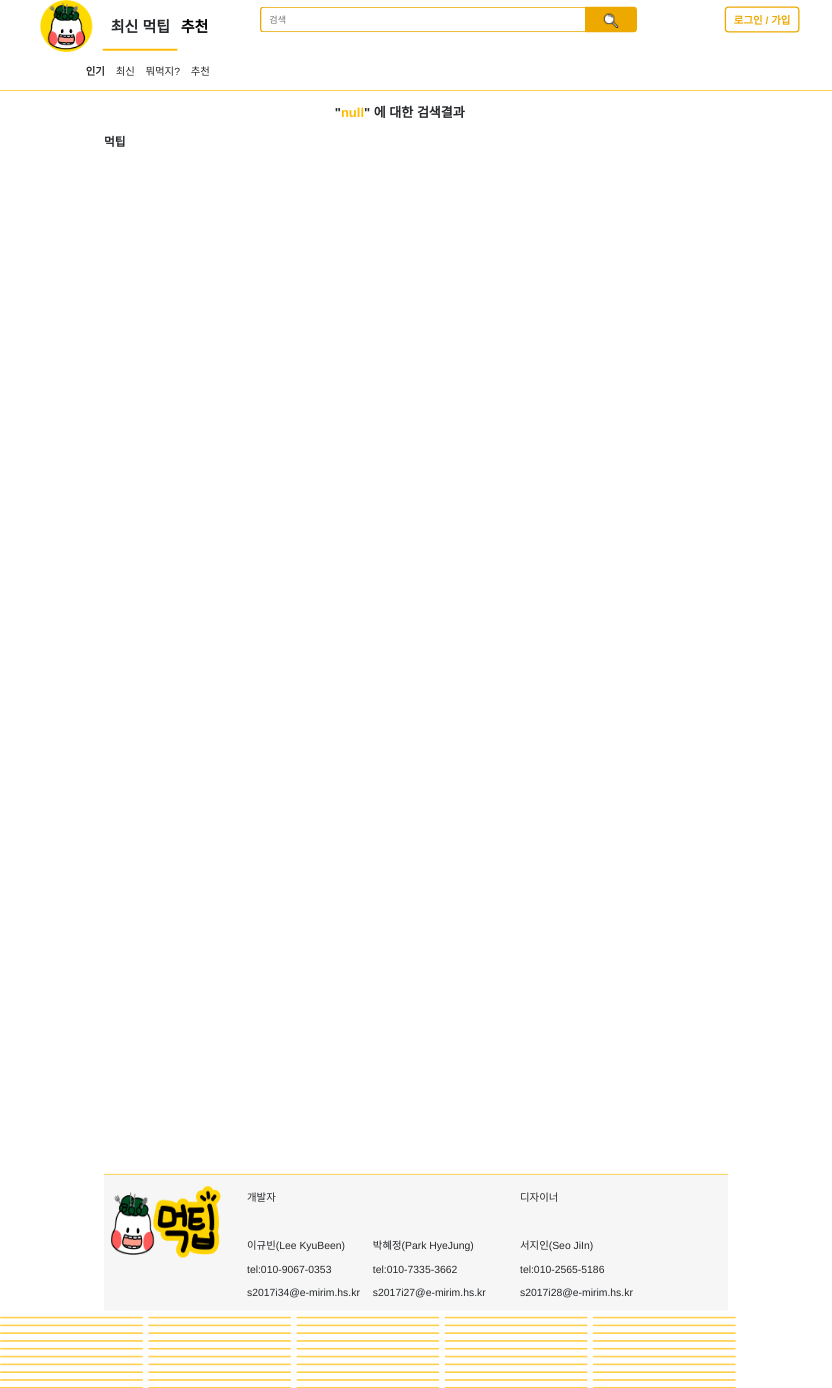
Repository: binkalos/JSP-STUDY
Page: http://localhost/IT-show/search.jsp
The author's editor kept a copy of each file at every save. The page is drawn from the files as they stood at one save, then again after the next save.
The browser window is 1280 px wide. The pictures show the whole page, at 65% of full size.
Some web fonts or font styles are not loaded; a fallback is used. Some web libraries are served in a nearby version. The page is served by Tomcat 9. Other server files are loaded and not shown. Queries for data that is not in the repository find no rows.

Above is the page before, as saved 2019-06-19 09:39:40.

### IT-show/WebContent/search.jsp
<%@page import="java.sql.SQLException"%>
<%@page import="java.sql.DriverManager"%>
<%@page import="java.sql.ResultSet"%>
<%@page import="java.sql.PreparedStatement"%>
<%@page import="java.sql.Connection"%>
<%@ page language="java" contentType="text/html; charset=UTF-8"
    pageEncoding="UTF-8"%>
<!DOCTYPE html>
<html>
<head>
<meta charset="UTF-8">
<title>search</title><link rel="stylesheet" href="firstPageStyle.css" >
<script src="js/jquery-3.3.1.min.js"></script>
<script src="http://ajax.googleapis.com/ajax/libs/jquery/1/jquery.min.js"></script>
<script src="js/jquery.fittext.js"></script>
<script src="http://code.jquery.com/jquery-1.7.js"></script>
<script>
	$(document).ready(function(){
		//$(".content" ).fitText(1.2);
		$(".open-fullview").click(function() {
			var foodsrc = $(this).find('.showimg').attr('src');
			$("#dim-layer").find('.content').attr('src', foodsrc);
			$("#dim-layer").css("display", "block");
		});

		$(".close-fullview").click(function() {
			$("#dim-layer").css("display", "none");
		});
	});

	function show_fullview(post_id) {
		location.href = "readpost.jsp?postid="+post_id;
	}
//무한 스크롤
function getItem(){
	 for(var i=0;i<10;i++){
	  $('body').append('<div class="mucktip-card">');
	}
};
	$(document).ready(function(){
	  getItem();
	$(window).scroll(function(){
	  var docH = $(document).height(); //document의 높이
	  var scrollH = $(window).height()+$(window).scrollTop();

	  if(scrollH + 50 >= docH){         //(문서의 높이 - 50)에서 실행됨
	   getItem();
	  }
	 });
});
</script>
</head>
<body>
	<%@ include file="TopWrapper.jsp"%>

	<div class="main-search-page">

	<div class="muktip-feed">
<%
		request.setCharacterEncoding("utf-8");

		String keyword = request.getParameter("keyword");

		String imgPath = null;
		try {
			Class.forName(driver);
			con = DriverManager.getConnection(url, id, pw);

%>

		<div class="top-bar-search">
			<p class="search-result">"<span style="color:#FFBB00;"><%=keyword%></span>" 에 대한 검색결과 </p>
			<p class="top-label">먹팁</p>
		</div>

		<div class="muktip-contents" style="height: 1550px;">
			<div class="line-space">
<%
			pstmt = con.prepareStatement("select distinct postid, postimgid, title, content, writer, date, imgname, id, profile from post join img on postid = postimgid join user on writer = id where title like ? and content like ? group by postid");
			pstmt.setString(1, "%"+keyword+"%");
			pstmt.setString(2, "%"+keyword+"%");
			rs = pstmt.executeQuery();

			int count=0;
			while(rs.next()) {
				imgPath =request.getContextPath() + "/post/" + rs.getString("imgname");
				count++;
%>
			<div class="mucktip-card"> <!-- 각 게시글 박스 -->
				<button class="open-fullview">
					<a href="fullView.jsp?postid=<%=rs.getString("postid")%>">
						<img class="showimg" src="<%=imgPath%>">
					</a>
				</button>
				<div class="mucktip-information">
					<a class="writer-profile-link" href="Mypage.jsp?id=<%= rs.getString("id") %>"> <!-- 마이페이지 이동 -->
						<img class="writer-profile" src="img/<%=rs.getString("profile") %>" width="30px" height="30px">
					</a>
					<div class="user-information-card">
						<div class="top-information">
							<p class="writer"><%= rs.getString("writer") %></p>
							<p class="write-date"><%= rs.getString("date") %></p>
						</div>
						<div class="bottom-card">
							<p class="title"><%= rs.getString("title") %></p>
							<p class="content"><%= rs.getString("content") %></p>
						</div>
					</div>
				</div> <!-- mucktip-information -->
			</div>

<%
			if(count%4==0) {
%>
				<div class="line-space">
<%			}
		}

	} catch (Exception e) {
		e.printStackTrace();
	} finally {
		try {
			if (rs != null) rs.close();
			if (pstmt != null) pstmt.close();
			if (con != null) con.close();
		} catch (SQLException e) {
			e.printStackTrace();
		}
	}
%>
		</div> <!-- muktip-contents -->
		</div><!-- muktip-feed -->
	</div>


<%@ include file="footer.jsp" %>
</body>
</html>

### IT-show/WebContent/TopWrapper.jsp
<%@page import="java.sql.SQLException"%>
<%@page import="java.sql.DriverManager"%>
<%@page import="java.sql.ResultSet"%>
<%@page import="java.sql.PreparedStatement"%>
<%@page import="java.sql.Connection"%>
<%@ page language="java" contentType="text/html; charset=UTF-8"
    pageEncoding="UTF-8"%>
<link rel="stylesheet" href="TopWrapperStyle.css" >
<%
	//로그인 한 사람이라면 userID라는 변수에 해당 아이디가 담기고 그렇지 않으면 null값
	String userid = null;
	if (session.getAttribute("username") != null) {
		userid = (String) session.getAttribute("username");
	}

	Connection con = null;
	PreparedStatement pstmt = null;
	ResultSet rs = null;

	String driver = "com.mysql.jdbc.Driver";
	String url = "jdbc:mysql://localhost:3306/mucktip?serverTimezone=UTC&useSSL=false";
	String id = "root";
	String pw = "alflarhkgkrrh1!";
%>
<!-- 맨위에 top메뉴 공간 개발 나중에 따로 빼놓을 부분-->
		<nav id="top-menu-all">
		<div id="main-menu">
			<div class="contents-wrapper">
				<div class="left-contents-wrapper">
					<div class="muktip-logo"></div>
					<a href="firstPage.jsp" class="new-tip">최신 먹팁</a>
					<a href="recommendTip.jsp" class="good">추천</a>
				</div><!-- left-contents-wrapper -->

				<div class="right-contents-wrapper">
					<%
						//로그인이 안된 경우
						if (userid == null) {
					%>
					<div class="login-join"> <!-- 로그인 / 가입 -->
						<a href="login.jsp">로그인</a> /
						<a href="join.jsp">가입</a> <!-- 가입 페이지 미구현 -->
					</div> <!-- login-join -->
					<%
						} else { //로그인이 된 경우

							try {
								Class.forName(driver);
								con = DriverManager.getConnection(url, id, pw);

								pstmt = con.prepareStatement("select * from user where id =?");
								pstmt.setString(1, userid);
								rs = pstmt.executeQuery();

								if(rs.next()) {
					%>
					<div class="user-menu" id="user-menu">
						<div class="dropdown">
						<button class="profile-img-btn"> <!-- 이미지 버튼(회원 이미지) -->
							<img class="profile-image" src="img/<%=rs.getString("profile")%>">
						</button>
						<ul class="user-menu-list"> <!-- 메뉴리스트 -->
							<li class="menu-item">
								<a class="menu-link" href="Mypage.jsp?id=<%=rs.getString("id")%>"> <!-- /유저 이름으로 -->
									<img class="menu-icon-mini" src="img/<%=rs.getString("profile")%>">
									<span class="menu-user-name"><%=userid %></span>
								</a>
							</li>

							<li class="menu-item">
								<a class="menu-link" href="음식바구니.jsp" rel="nofollow">
								<img class="menu-icon-myfood" src="img/foodbox.png">
								<span class="menu-text-mtfood">내 음식바구니</span>
								</a>
							</li>

							<li class="menu-item">
								<a class="menu-link"  href="logoutProc.jsp" rel="nofollow">
								<img class="menu-icon-logout" src="img/logout.png">
								<span class="menu-text-logout">로그아웃</span>
								</a>
							</li>
						</ul> <!-- user-menu-list -->
						</div><!-- dropdown -->
					</div><!-- user-menu -->
					<%
								} //if
							} catch (Exception e) {
								e.printStackTrace();
							}
						} //else
					%>
				</div><!-- right-contents-wrapper -->


				<div class="search-wrapper">
					<form class="search-form" action="search.jsp" method="get">
						<table cellpadding=0 cellspacing=0>
						<tr>
						<td>
						<label class="input-wrapper">
							<input class="search-keyword" type="text" name="keyword" placeholder="검색" required>
						</label>
						</td>
						<td>
						<button class="search-button" type="submit">
							<a href="search.jsp"><span class="ic_search"></span></a>
						</button>
						</td>
						</tr>
						</table>
					</form>
				</div><!-- search-wrapper -->
		</div><!-- contents-wrapper -->
		</div><!-- main-menu -->

		<!-- 서브메뉴 -->
		<div id="sub-menu-wrapper" class="show">
			<ul class="sub-contents-wrapper">
				<li class="sub-menu selected" data-text="인기">
					<a href="firstPage.jsp">인기</a>
				</li>
				<li class="sub-menu" data-text="최신">
					<a href="newPost.jsp">최신</a>
				</li>
				<li class="sub-menu" data-text="TV">
					<a href="whatToEat.jsp">뭐먹지?</a>
				</li>
				<li class="sub-menu" data-text="추천">
					<a href="recommendTip.jsp">추천</a>
				</li>
			</ul><!-- sub-contents-wrapper -->
		</div><!-- sub-menu-wrapper -->

</nav><!-- top-menu-all -->

### IT-show/WebContent/footer.jsp
<%@ page language="java" contentType="text/html; charset=UTF-8"
    pageEncoding="UTF-8"%>
<link rel="stylesheet" href="footerStyle.css" >
<div class="footer">
	<div class="footer-wrqpper">

		<div class="first-wrapper">
			<img src="img/title.png" width="200" height="130">
		</div>
		<!-- first-wrapper -->

		<div class="second-wrapper">
			<div class="developer-information-wrapper">
				<p class="developer">개발자</p>
				<!-- 이 글자가 우리 둘 정보의 위의 가운데에 배치 -->
				<div class="left-developer">
					<ul>
						<li>
							<p class="developer-name">이규빈(Lee KyuBeen)</p>
							<p class="developer-tel">tel:010-9067-0353</p>
							<p class="developer-email">s2017i34@e-mirim.hs.kr</p>
						</li>

					</ul>
				</div>
				<!-- left-developer -->
				<div class="right-developer">
					<ul>
						<li>
							<p class="developer-name">박혜정(Park HyeJung)</p>
							<p class="developer-tel">tel:010-7335-3662</p>
							<p class="developer-email">s2017i27@e-mirim.hs.kr</p>
						</li>
					</ul>
				</div>
				<!-- right-developer -->
			</div>
			<!-- developer-information-wrapper -->
		</div>
		<!-- second-wrapper -->

		<div class="third-wrapper">
			<div class="designer-information-wrapper">
				<p class="designer">디자이너</p>
				<div class="first-designer">
					<ul>
						<li>
							<p class="developer-name">서지인(Seo JiIn)</p>
							<p class="developer-tel">tel:010-2565-5186</p>
							<p class="developer-email">s2017i28@e-mirim.hs.kr</p>
						</li>
					</ul>
				</div> <!-- first-designer -->
			</div> <!-- designer-information-wrapper  -->
		</div><!-- third-wrapper -->

	</div><!-- footer-wrapper -->

</div> <!-- footer -->

### IT-show/WebContent/TopWrapperStyle.css
li {
	list-style: none;
}

/*nav영역*/
#top-menu-all {
	top:0;
	left: 0;
	right: 0;
	background-color: white;
}
#top-menu-all * {
	box-sizing: border-box;
}
#main-menu {
	height: 90px;
}

/*top영역*/
.contents-wrapper {
	margin-left: auto;
	margin-right: auto;
	max-width: 1180px;
	width: 100%;
	height: 100%;
}

/*top-left 영역*/
.left-contents-wrapper {
	display: inline-block;
	float: left;
}
/*로고*/
.muktip-logo {
	display: inline-block;
	vertical-align: middle;
	margin-left: 12px;
	margin-right: 12px;
	margin-bottom: 10px;
	width: 80px;
	height: 80px;
	background-repeat: no-reapeat;
	background-size: cover;
	background-position: 50%;
	background-image: url(img/imoticon.png);
}
/*최신 먹팁*/
.new-tip {
	display: inline-block;
	margin-bottom: -1px;
	padding-left: 12px;
	padding-right: 12px;
	border-bottom: solid 3px #FFBB00;
	color: #26282B;
	font-size: 23px;
	font-weight: bold;
	line-height: 67px;
	text-decoration: none;
}
/*추천*/
.good {
	display: inline-block;
	margin-bottom: -1px;
	padidng-left: 12px;
	color: #000000;
	font-size: 23px;
	font-weight: bold;
	line-height: 67px;
	text-decoration: none;
}
.new-tip:hover {
	color: #FFBB00;
}
.good:hover {
	color: #FFBB00;
}

/*top-right 영역*/
.right-contents-wrapper {
	float: right;
	display: inline-block;
	vertical-align: middle;
	padding-top: 10px;
}
/*[로그인/가입]*/
.login-join {
	display: block;
	color: #EDA900;
	padding-left: 12px;
	padding-right: 12px;
	height: 40px;
	border: 2px solid #EDA900;
	border-radius: 6px;
	text-align: center;
	line-height: 40px;
	font-weight: bold;
}
.login-join a {
	text-decoration: none;
	color: #EDA900;
}
/*유저메뉴 영역*/
.user-menu {
	margin-left: 14px;
	margin-right: 10px;
	margin-top: 5px;
	width: 100%;
	height: 100%;
}
/*드롭다운 메뉴*/
.dropdown {
	position: relative;
}
.dropdown ul {
	display: none; /*평상시에는 드롭다운 메뉴가 안보이게 하기*/
}
.dropdown:hover ul { /*아이콘에 hover할 시 드롭다운 메뉴의 스타일*/
	display: block;
}
.dropdown ul li a:link {
	color: black;
	text-decoration: none;
	font-size: 15px;
}
.dropdown .menu-link {
	display: block;
	padding-left: 22px;
	padding-right: 16px;
	font-size: 0;
}
/*프로필*/
.profile-img-btn {
	position: relative;
	display: block;
	width: 60px;
	height: 65px;
	background-color: transparent;
	border: 0;
	border-radius: 50%;
	cursor: pointer;
	outline: none;
	overflow: hidden;
}
.profile-img-btn:hover li {
	display: block;
	background-color: red;
}
.profile-image {
	width: 100%;
	height: 100%;
}
/*메뉴 리스트*/
.user-menu-list {
	position: absolute;
	top: 100%;
	left: -100%;
	text-align: left;
	margin-top: 2px;
	padding-top: 5px;
	padding-bottom: 5px;
	padding-left: 0px;
	width: 220px;
	background-color: white;
	border-color: #E8EBED;
	border-radius: 6px;
	border-style: solid;
	border-width: 1px;
	box-shadow: 0 2px 2px 0 rgba(0, 0, 0, 0.1);
	z-index: 999;
}
/*메뉴 링크*/
.menu-link {
	display: block;
	padding-left: 30px;
	padding-right: 22px;
}
/*닉네임*/
.menu-user-name {
	font-weight: bold;
}
/*아이콘*/
.menu-link img {
	width: 40px;
	height: 40px;
	border-radius: 50%;
	display: inline-block;
	vertical-align: middle;
}

/*검색 영역*/
.search-wrapper {
	display: block;
	overflow: hidden;
}
.search-form {
	display: block;
	margin-top: 10px;
	margin-left: 80px;
	margin-right: 80px;
	font-size: 0;
	outline: none;
	transform: translateZ(0);
}
.input-wrapper {
	overflow: hidden;
	display: block;
	width: 500px;
	height: 40px;
}
.search-keyword {
	display: block;
	padding-left: 12px;
	padding-right: 12px;
	width: 100%;
	height: 100%;
	border-color: #EDA900;
	border-style: solid;
	border-radius: 6px 0 0 6px;
	border-width: 2px 0 2px 2px;
	font-size: 14px;
	outline: none;
}
.search-button {
	display: block;
	width: 80px;
	height: 40px;
	background-color: #EDA900;
	border: 0;
	border-radius: 0 6px 6px 0;
	outline: none;
	transition: background-color .3s ease;
	float: right;
	padding-top: 3px;
}

.ic_search{
	display: inline-block;
	background-image: url(img/imgsearchIcon.png);
	background-repeat: no-repeat;
	vertical-align: middle;
	zoom:1; width: 22px; height: 22px;
	z-index: 999;
}

/*sub-menu 영역*/
.show {
	padding: 10px;
	width: 100%;
	display: block;
	height: 50px;
	border-bottom: solid 1px #FFBB00;
}

#sub-menu.selected {
	position: absolute;
	top: 0;
	left: 12px;
	width: 100%;
	line-height: 49px;
	content: attr(data-text);
	color: #26282B;
	cursor: pointer;
	font-size: 14px;
	font-weight: bold;
}

.sub-contents-wrapper {
	margin-left: auto;
	margin-right: auto;
	max-width: 1040px;
	list-style: none;
}

.sub-menu {
	display: inline-block;
	margin-left: 12px;
}

/*목록 스타일*/
.sub-contents-wrapper a {
	text-decoration: none;
	color: #26282B;
}

.selected {
	font-weight: bold;
}

.sub-menu:hover {
	font-weight: bold;
}

### IT-show/WebContent/footerStyle.css
.footer {
	margin-top: 20px;
	height: 100%;
	border-top: 1px solid #FFBB00;
	background-color: #F6F6F6;
}
.footer-wrqpper {
	max-width: 1180px;
	margin-top: 10px;
	margin-left: auto;
	margin-right: auto;
	margin-bottom: 10px;
	width: 100%;
	display: table;
}
.first-wrapper, .second-wrapper, .third-wrapper {
	float: left;
	margin-right: 20px;
}
.second-wrapper {
	width: 400px;
}
.left-developer, .right-developer, .first-designer {
	margin-top: 20px;
	float: left;
	margin-right: 20px;
}

Loaded but not shown: IT-show/WebContent/js/jquery-3.3.1.min.js (library); IT-show/WebContent/js/jquery.fittext.js (common file); IT-show/WebContent/firstPageStyle.css (294 lines, source omitted)

After the next save:
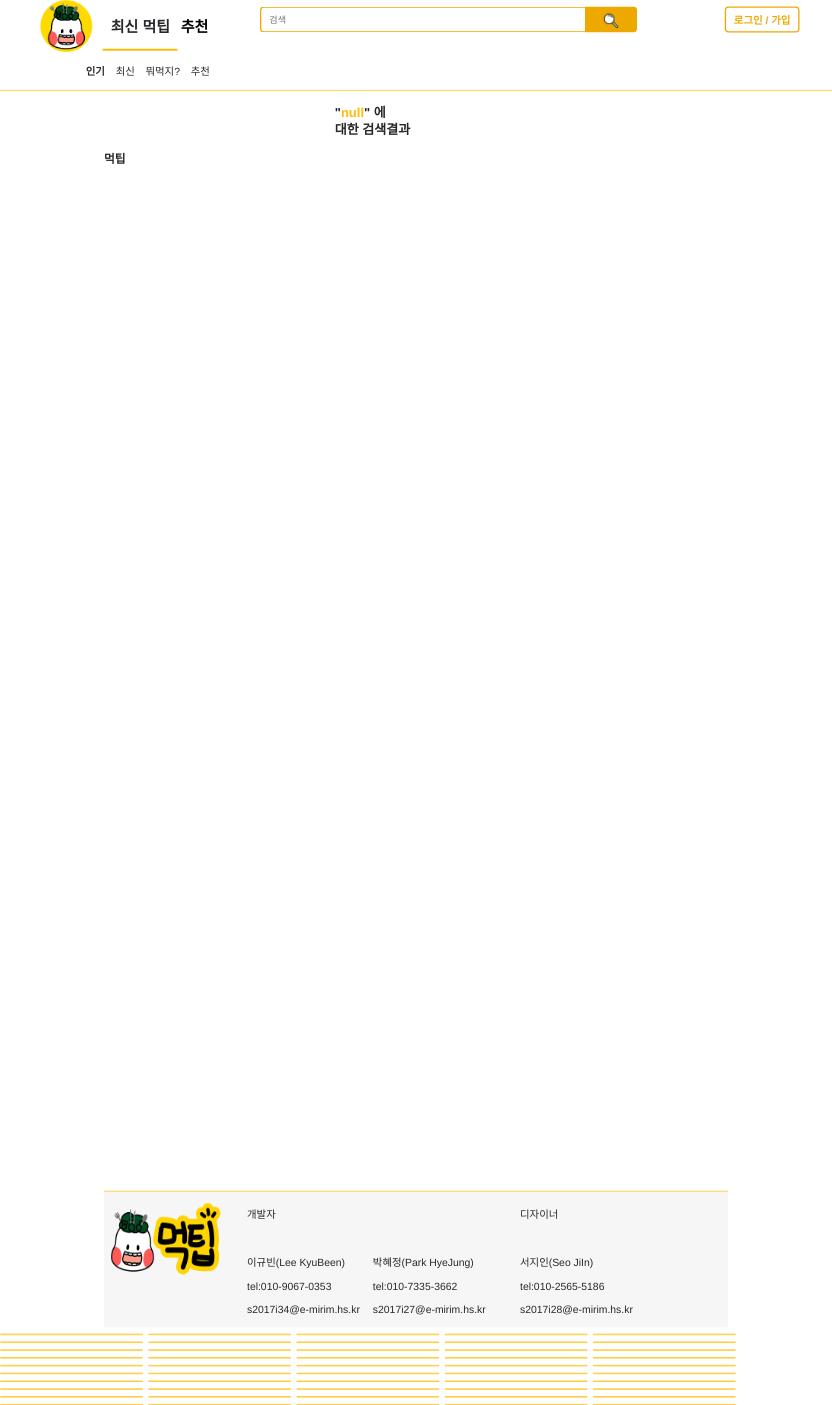
Saved 50 s later.
--- a/IT-show/WebContent/search.jsp
+++ b/IT-show/WebContent/search.jsp
@@ -69,7 +69,7 @@
 %>
 
 		<div class="top-bar-search">
-			<p class="search-result">"<span style="color:#FFBB00;"><%=keyword%></span>" 에 대한 검색결과 </p>
+			<p class="search-result">"<span style="color:#FFBB00;"><%=keyword%></span>" 에<br> 대한 검색결과 </p>
 			<p class="top-label">먹팁</p>
 		</div>
 

After the save that followed:
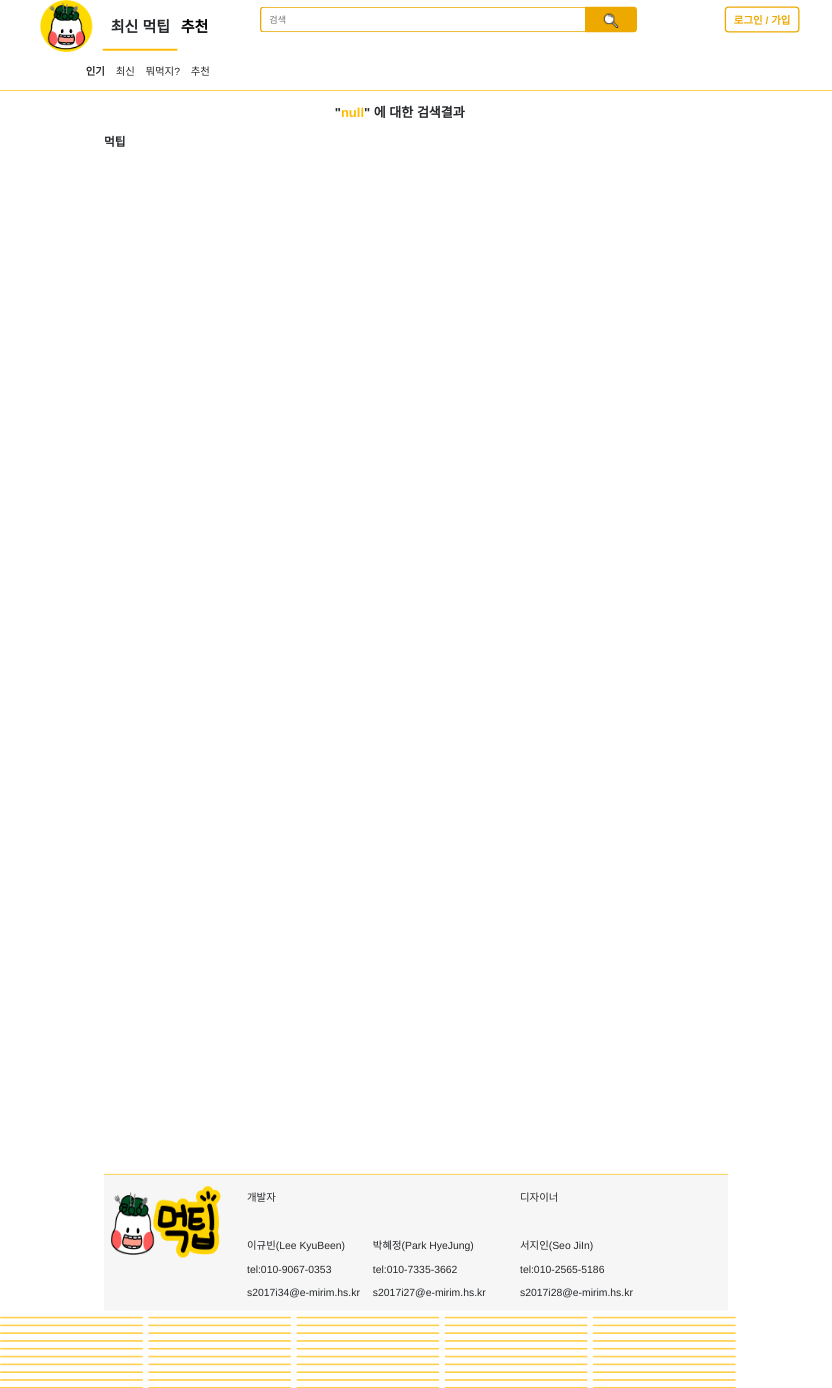
Saved 10 s later.
--- a/IT-show/WebContent/search.jsp
+++ b/IT-show/WebContent/search.jsp
@@ -69,7 +69,7 @@
 %>
 
 		<div class="top-bar-search">
-			<p class="search-result">"<span style="color:#FFBB00;"><%=keyword%></span>" 에<br> 대한 검색결과 </p>
+			<p class="search-result">"<span style="color:#FFBB00;"><%=keyword%></span>" 에 대한 검색결과 </p>
 			<p class="top-label">먹팁</p>
 		</div>
 
